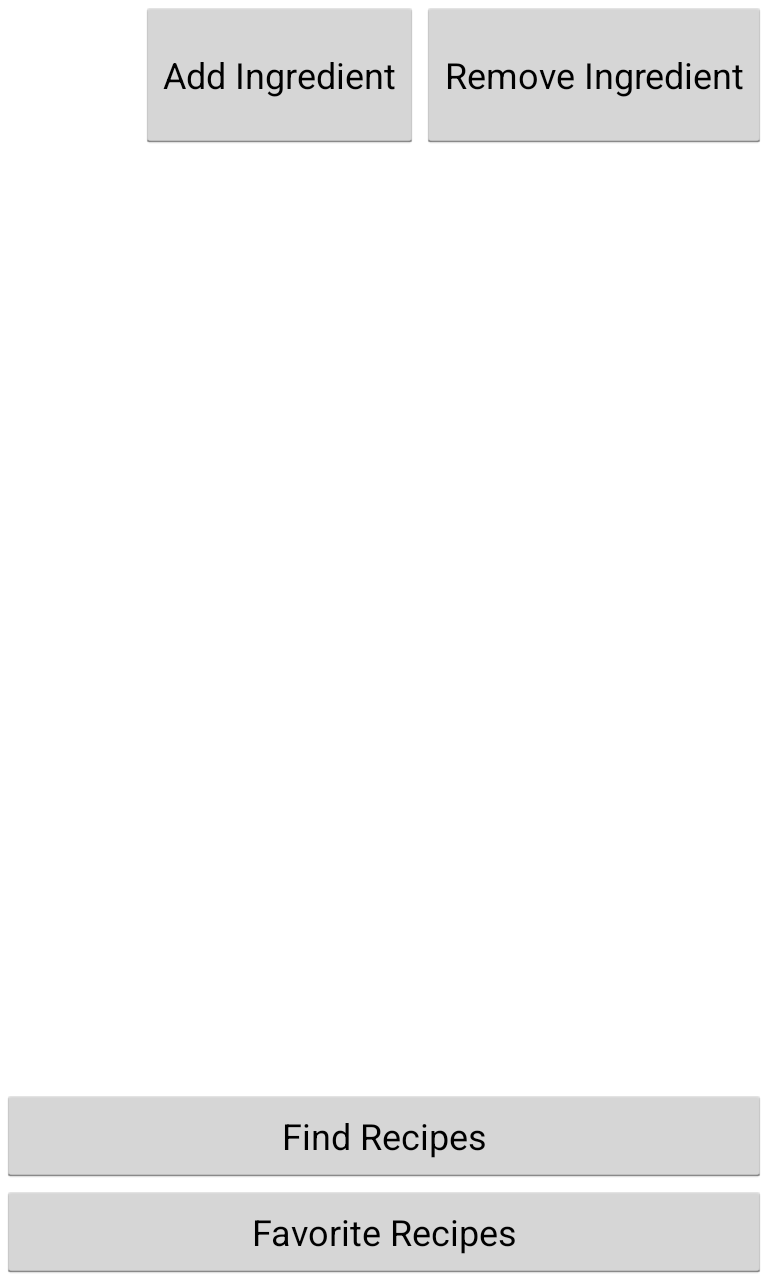
Repository: jmwood22/Boyardroid
Layout: Boyardroid/res/layout/activity_fridge.xml
The author's editor kept a copy of each file at every save. The layout is drawn from the files as they stood at one save, then again after the next save.
It is drawn on a 768 x 1280 px phone screen (xhdpi) without system bars, with theme AppTheme; the app's code is not run. Lists and similar views that code fills are empty.

Above is the layout before, as saved 2013-02-20 15:01:01.

### Boyardroid/res/layout/activity_fridge.xml
<RelativeLayout xmlns:android="http://schemas.android.com/apk/res/android"
    xmlns:tools="http://schemas.android.com/tools"
    android:id="@+id/RelativeLayout1"
    android:layout_width="match_parent"
    android:layout_height="match_parent"
    android:orientation="vertical"
    tools:context=".FridgeScreen" >

    <Button
        android:id="@+id/button1"
        android:layout_width="wrap_content"
        android:layout_height="75dp"
        android:layout_alignParentTop="true"
        android:layout_toLeftOf="@+id/button2"
        android:onClick="addIngre"
        android:text="@string/addIngredient_button" />

    <Button
        android:id="@+id/button2"
        android:layout_width="wrap_content"
        android:layout_height="75dp"
        android:layout_alignParentRight="true"
        android:layout_alignParentTop="true"
        android:onClick="removIngre"
        android:text="@string/removeIngredient_button" />

    <ScrollView
        android:id="@+id/scrollView1"
        android:layout_width="wrap_content"
        android:layout_height="wrap_content"
        android:layout_alignParentLeft="true"
        android:layout_below="@+id/button1"
        android:layout_marginTop="74dp" >
	</ScrollView>

	    <ListView
	        android:id="@+id/listView1"
	        android:layout_width="match_parent"
	        android:layout_height="126dp"
	        android:layout_above="@+id/button4"
	        android:layout_alignParentLeft="true"
	        android:layout_below="@+id/button1" >
	    </ListView>

	    <Button
	        android:id="@+id/button3"
	        android:layout_width="fill_parent"
	        android:layout_height="wrap_content"
	        android:layout_alignParentBottom="true"
	        android:layout_marginBottom="0dp"
	        android:onClick="favRecipe"
	        android:text="@string/favoriteRecipe_button" />

	    <Button
	        android:id="@+id/button4"
	        android:layout_width="fill_parent"
	        android:layout_height="wrap_content"
	        android:layout_above="@+id/button3"
	        android:onClick="dialogBtn"
	        android:text="@string/find_recipe" />

</RelativeLayout>

### Boyardroid/res/values/strings.xml
<?xml version="1.0" encoding="utf-8"?>
<resources>

    <string name="app_name">BoyarDroid</string>
    <string name="quick_recipe">Quick Recipe</string>
    <string name="menu_settings">Settings</string>
    <string name="title_activity_quck_recipe">QuckRecipe</string>
    <string name="title_activity_quick_recipe">QuickRecipe</string>
    <string name="find_recipe">Find Recipes</string>
    <string name="hello_world">Hello world!</string>
    <string name="title_activity_home_screen">HomeScreen</string>
    <string name="title_activity_fridge">Fridge</string>
	<string name="fridge_button">Fridge</string>
	<string name="dinner_button">Dinner</string>
	<string name="breakfast_button">Breakfast</string>
	<string name="lunch_button">Lunch</string>
	<string name="user_button">User text</string>
	<string name="addIngredient_button">Add Ingredient</string>
	<string name="removeIngredient_button">Remove Ingredient</string>
	<string name="favoriteRecipe_button">Favorite Recipes</string>
</resources>

Loaded but not shown: Boyardroid/res/values/styles.xml (common file); Boyardroid/res/values-v11/styles.xml (common file); Boyardroid/res/values-v14/styles.xml (common file)

After the next save:
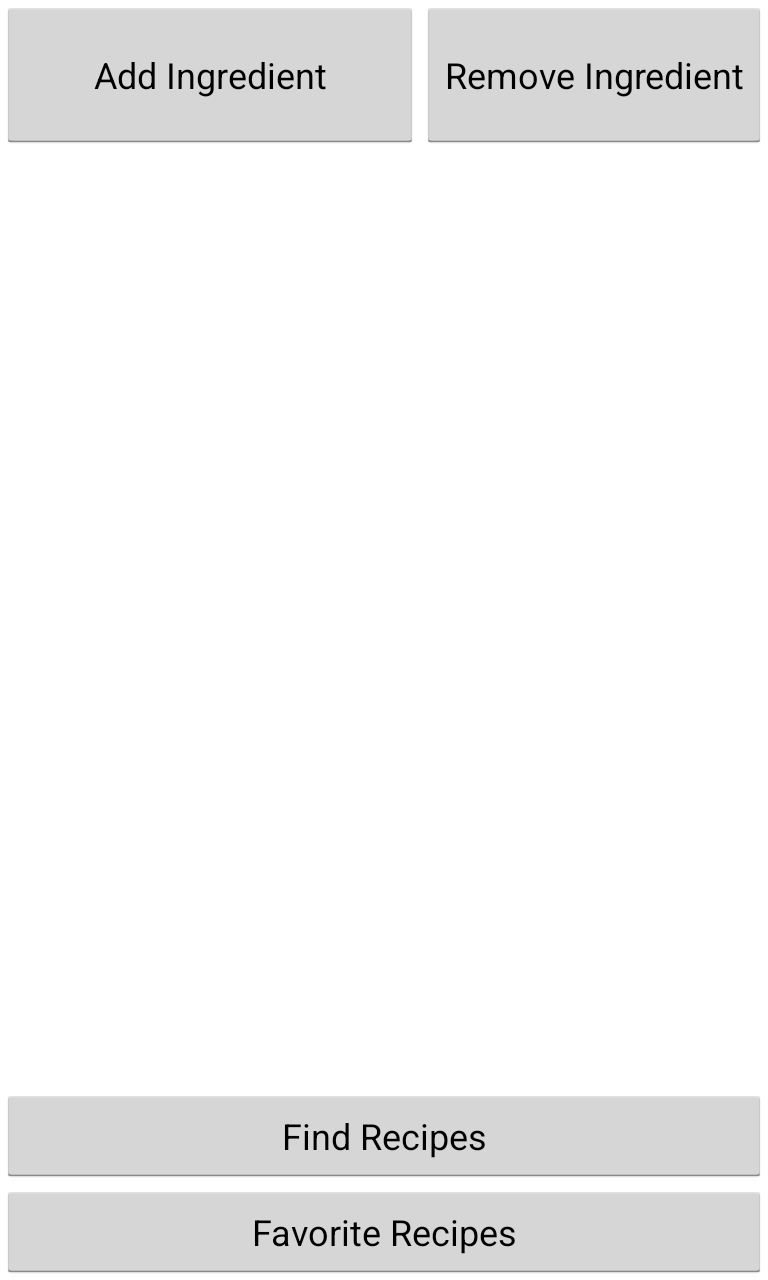
Saved 50 s later.
--- a/Boyardroid/res/layout/activity_fridge.xml
+++ b/Boyardroid/res/layout/activity_fridge.xml
@@ -11,6 +11,7 @@
         android:layout_width="wrap_content"
         android:layout_height="75dp"
         android:layout_alignParentTop="true"
+        android:layout_alignParentLeft="true"
         android:layout_toLeftOf="@+id/button2"
         android:onClick="addIngre"
         android:text="@string/addIngredient_button" />
